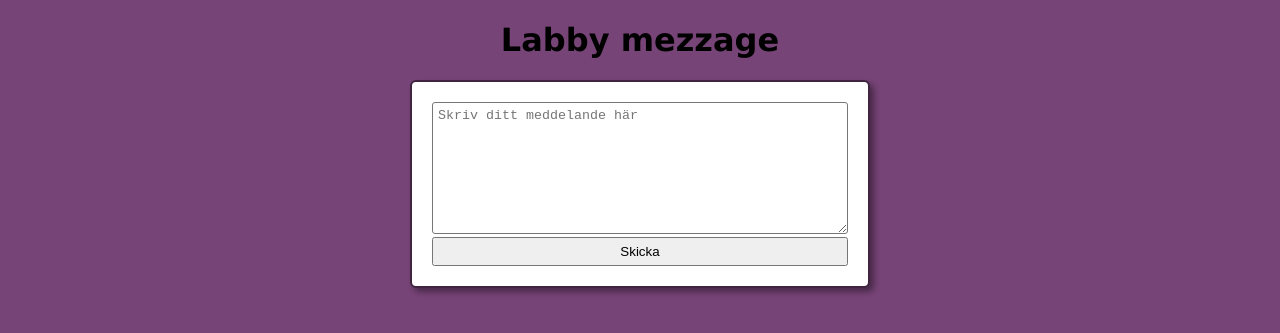
Repository: jk222rp/1dv403-laborationer
Page: 2-labbymezzage/index.html
The author's editor kept a record of every edit. The page is drawn from the files as they stood at one moment, then again after the next edit.
The browser window is 1280 px wide. The pictures show the whole page.

Above is the page before.

### 2-labbymezzage/index.html
<!doctype html>
<html lang="sv">
    <head>
        <meta charset="UTF-8" />
        <title>Labbymezzage</title>

        <link rel="stylesheet" type="text/css" href="css/style.css" />

        <script src="js/Message.js"></script>
        <script src="js/MessageBoard.js"></script>
    </head>
    <body>
        <div id="container">
            <div id="header">
                <h1>Labby mezzage</h1>
            </div>
            <div id="content">
                <div id="theMessages">

                </div>
                <textarea placeholder="Skriv ditt meddelande här" id="aMessage" name="aMessage"></textarea>
                <button id="sendButton">Skicka</button>
            </div>
        </div>
    </body>
</html>

### 2-labbymezzage/css/style.css
/* http://meyerweb.com/eric/tools/css/reset/
   v2.0 | 20110126
   License: none (public domain)
*/

html, body, div, span, applet, object, iframe,
h1, h2, h3, h4, h5, h6, p, blockquote, pre,
a, abbr, acronym, address, big, cite, code,
del, dfn, em, img, ins, kbd, q, s, samp,
small, strike, strong, sub, sup, tt, var,
b, u, i, center,
dl, dt, dd, ol, ul, li,
fieldset, form, label, legend,
table, caption, tbody, tfoot, thead, tr, th, td,
article, aside, canvas, details, embed,
figure, figcaption, footer, header, hgroup,
menu, nav, output, ruby, section, summary,
time, mark, audio, video {
	margin: 0;
	padding: 0;
	border: 0;
	font-size: 100%;
	font: inherit;
	vertical-align: baseline;
}
/* HTML5 display-role reset for older browsers */
article, aside, details, figcaption, figure,
footer, header, hgroup, main, menu, nav, section {
	display: block;
}
body {
	line-height: 1;
}
ol, ul {
	list-style: none;
}
blockquote, q {
	quotes: none;
}
blockquote:before, blockquote:after,
q:before, q:after {
	content: '';
	content: none;
}
table {
	border-collapse: collapse;
	border-spacing: 0;
}

/*END OF RESET*/

/*START OF STYLE*/

/*COLORS
    Background: #747 (purple)
    Content background: #fff (white)
    Messages background: #AD8FAD (light purple)
    Header text: #000 (black)
    Borders: #402440 (dark purple)
*/


body {
    background-color: #747;
    font-size: 1em;
}

#container {
    margin: 0 auto;
    max-width: 480px;
}

#header {
    height: 60px;
    margin: 10px;
}

h1 {
    color: #000;
    font-family: Verdana, arial, sans-serif;
    font-size: 2em;
    font-weight: bold;
    line-height: 60px;
    text-align: center;
}

#content {
    background-color: #fff;
    border: 2px solid #402440;
    border-radius: 6px;
    box-shadow: 4px 4px 6px rgba(0, 0, 0, 0.4);
    margin: 10px;
    padding: 10px;
}

#theMessages div {
    background-color: #AD8FAD;
    border: 1px solid #747;
    border-radius: 3px;
    box-shadow: 0 2px 3px rgba(0, 0, 0, 0.4);
    color: #000;
    font-family: verdana, arial, sans-serif;
    font-size: 0.8em;
    line-height: 1.4em;
    margin: 10px;
    padding: 10px;
    position: relative;
    text-align: left;
}

#theMessages div img {
    position: absolute;
    top: 10px;
    right: 10px;
    width: 10px;
}

/*The date of the message*/
#theMessages div p:last-child {
    color: #747;
    font-family: verdana, arial, sans-serif;
    font-size: 0.8em;
    margin: 0 -5px -5px 0;
    text-align: right;
}

/*The message counter*/
#theMessages p:last-child {
    color: #888;
    font-family: verdana, arial, sans-serif;
    font-size: 0.8em;
    line-height: 1.4em;
    margin: 10px 10px 0 10px;
    text-align: right;
}

textarea {
    border-radius: 3px;
    height: 120px;
    margin: 10px 10px 0 10px;
    padding: 5px;
    width: calc(100% - 32px);
}

button {
    margin: 0 10px 10px 10px;
    padding: 5px;
    width: calc(100% - 20px);
}

button:hover {
    font-weight: bold;
}

### 2-labbymezzage/js/Message.js
"use strict"

function Message(message, date){

    this.getMessage = function() {
        return message;
    };

    this.setMessage = function(_message) {
        message = _message;
    };

    this.getDate = function() {
        return date;
    };

    this.setDate = function(_date) {
        date = _date;
    };
}

Message.prototype.getDateText = function() {
    return this.getDate().toLocaleTimeString();
};

Message.prototype.getHTMLText = function() {
    return this.getMessage().replace(/\n/g, "<br />");
};

Message.prototype.toString = function() {
    return this.getMessage() + " (" + this.getDate() + ")";
};

### 2-labbymezzage/js/MessageBoard.js
"use strict"

var MessageBoard = {

    messages: [],

    removeMessage: function(messageID) {
            MessageBoard.messages.splice(messageID, 1);
    },

    renderMessages: function() {
        var count = 0;
        var theMessages = document.getElementById("theMessages");

        // Remove all messages
        theMessages.innerHTML = "";

        // Renders all messages
        for (var i = 0; i < MessageBoard.messages.length; i++) {
            MessageBoard.renderMessage(i);
            count = i;
        }

        // Adds message counter
        var numberOfMessages = document.createElement("p");
        numberOfMessages.innerHTML = "Antal meddelanden: " + (MessageBoard.messages.length + 1);
        theMessages.appendChild(numberOfMessages);
    },

    renderMessage: function(messageID) {
        var date = document.createElement("p");
        var remove = document.createElement("a");
        var removeImg = document.createElement("img");
        var div = document.createElement("div");
        var text = document.createElement("p");
        var theMessages = document.getElementById("theMessages");

        // Gets the text
        text.innerHTML = MessageBoard.messages[messageID].getHTMLText();
        div.appendChild(text);

        // Gets the date
        date.innerHTML = MessageBoard.messages[messageID].getDateText();
        div.appendChild(date);

        // Gets the delete button
        removeImg.setAttribute("src", "js/pics/Removebutton.png");
        removeImg.setAttribute("alt", "Remove message");
        remove.setAttribute("href", "#");
        remove.innerHTML = removeImg;
        remove.onclick = function() {
            MessageBoard.removeMessage(messageID);
            MessageBoard.renderMessages();
        };
        div.appendChild(remove);

        // Renders the message
        theMessages.appendChild(div);
    },

    init: function() {
        var button = document.getElementById("sendButton");
        var message = document.getElementById("aMessage");

        button.onclick = function(){
            MessageBoard.messages.push(new Message(message.value, new Date()));
            MessageBoard.renderMessages();
        };
    }

};

window.onload = MessageBoard.init;

After the next edit:
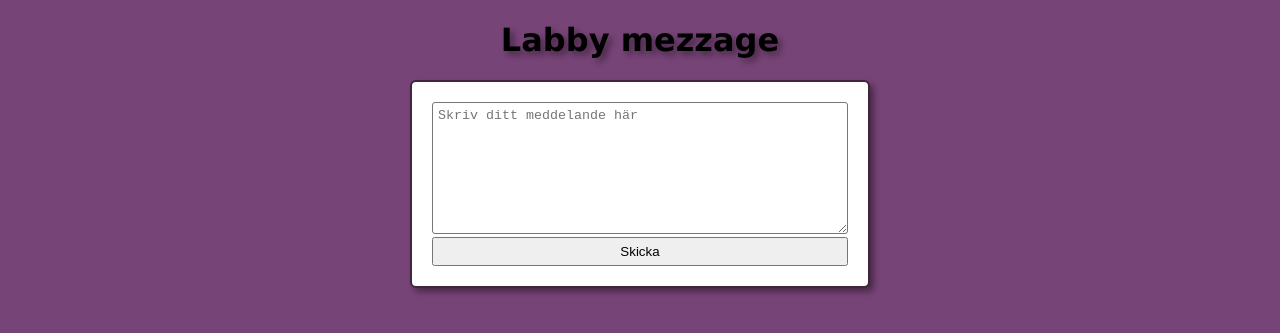
The edit:
--- a/2-labbymezzage/css/style.css
+++ b/2-labbymezzage/css/style.css
@@ -82,6 +82,7 @@
     font-weight: bold;
     line-height: 60px;
     text-align: center;
+    text-shadow: 4px 4px 6px rgba(0, 0, 0, 0.4);
 }
 
 #content {
